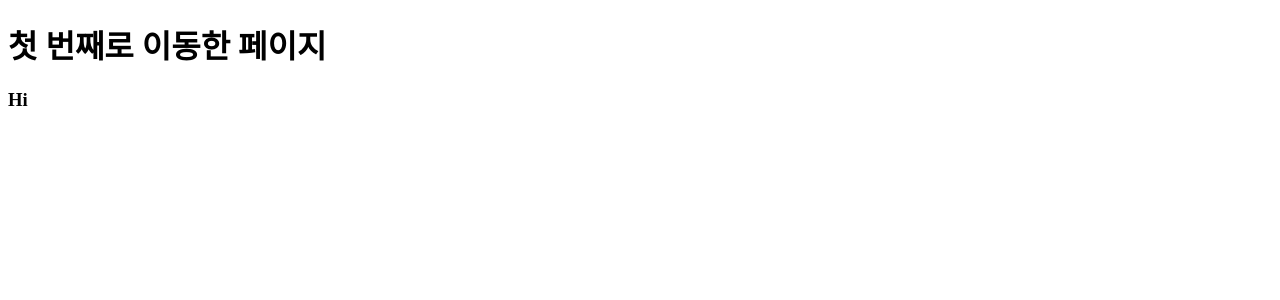
Repository: Nyaguri/sts3
Page: http://localhost/spring-first/first
An editor plug-in stored every save of this project. The page is shown before and after the next save, followed by the edit.
The browser window is 1280 px wide. The pictures show the whole page.
The page is served by Tomcat 9. Other server files are loaded and not shown.

Above is the page before, as saved 2024-02-01 04:57:40.

### spring-first/src/main/webapp/WEB-INF/views/first.jsp
<%@ page language="java" contentType="text/html; charset=UTF-8"
    pageEncoding="UTF-8"%>
<!DOCTYPE html>
<html>
<head>
<meta charset="UTF-8">
<title>Insert title here</title>
</head>
<body>
	<h1>첫 번째로 이동한 페이지</h1>
	<h3>Hi</h3>
</body>
</html>

After the next save:
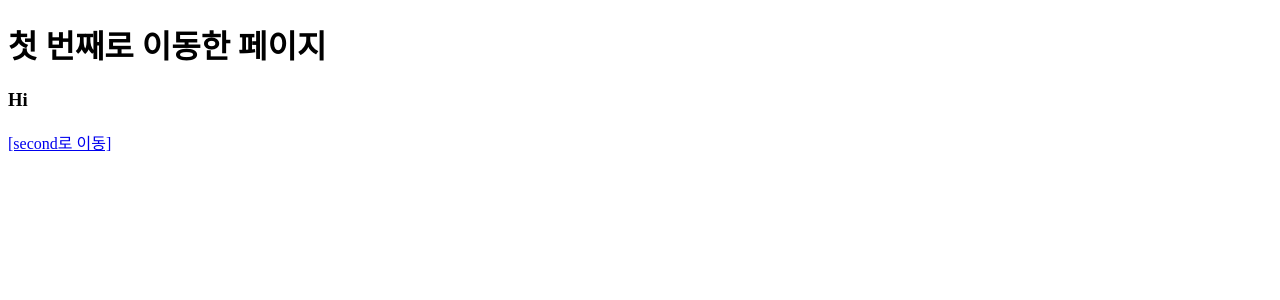
Saved 33 min 47 s later.
--- a/spring-first/src/main/webapp/WEB-INF/views/first.jsp
+++ b/spring-first/src/main/webapp/WEB-INF/views/first.jsp
@@ -9,5 +9,6 @@
 <body>
 	<h1>첫 번째로 이동한 페이지</h1>
 	<h3>Hi</h3>
+	<a href="second">[second로 이동]</a>
 </body>
 </html>
